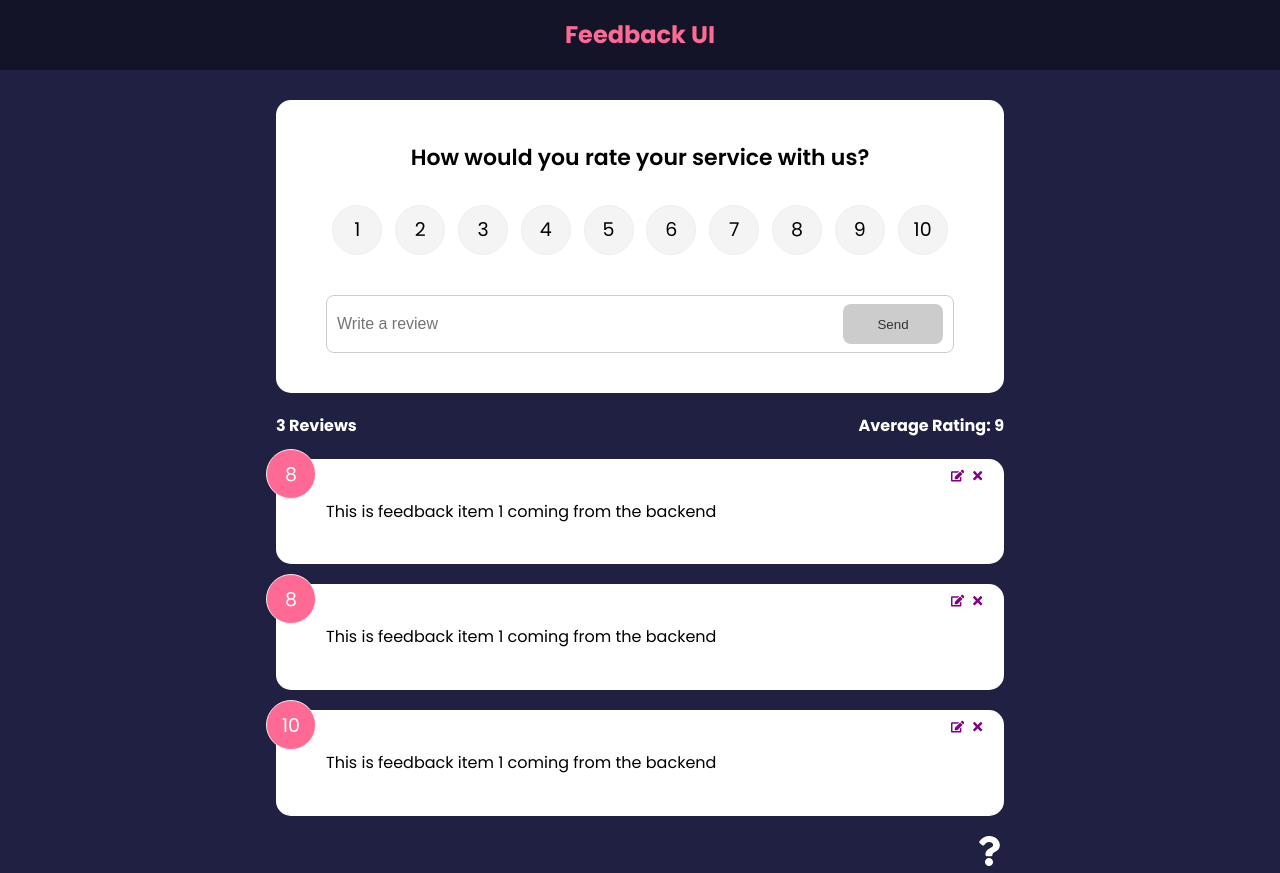
Repository: minhtien9/Feedback_App
Page: /
These files come from the project's save history. The page is drawn as it stood at one moment and after the next save; the edit follows.
The browser window is 1280 px wide. The pictures show the whole page.
The project was rebuilt for these pictures with package versions that can differ from the ones it lists, and the page was loaded fresh each time. Requests to the local data server were answered from the project's data file. Also part of the build but not shown: src/pages/AboutPage.jsx.

Above is the page before, as saved 2022-02-19 20:50:55.

After the next save:
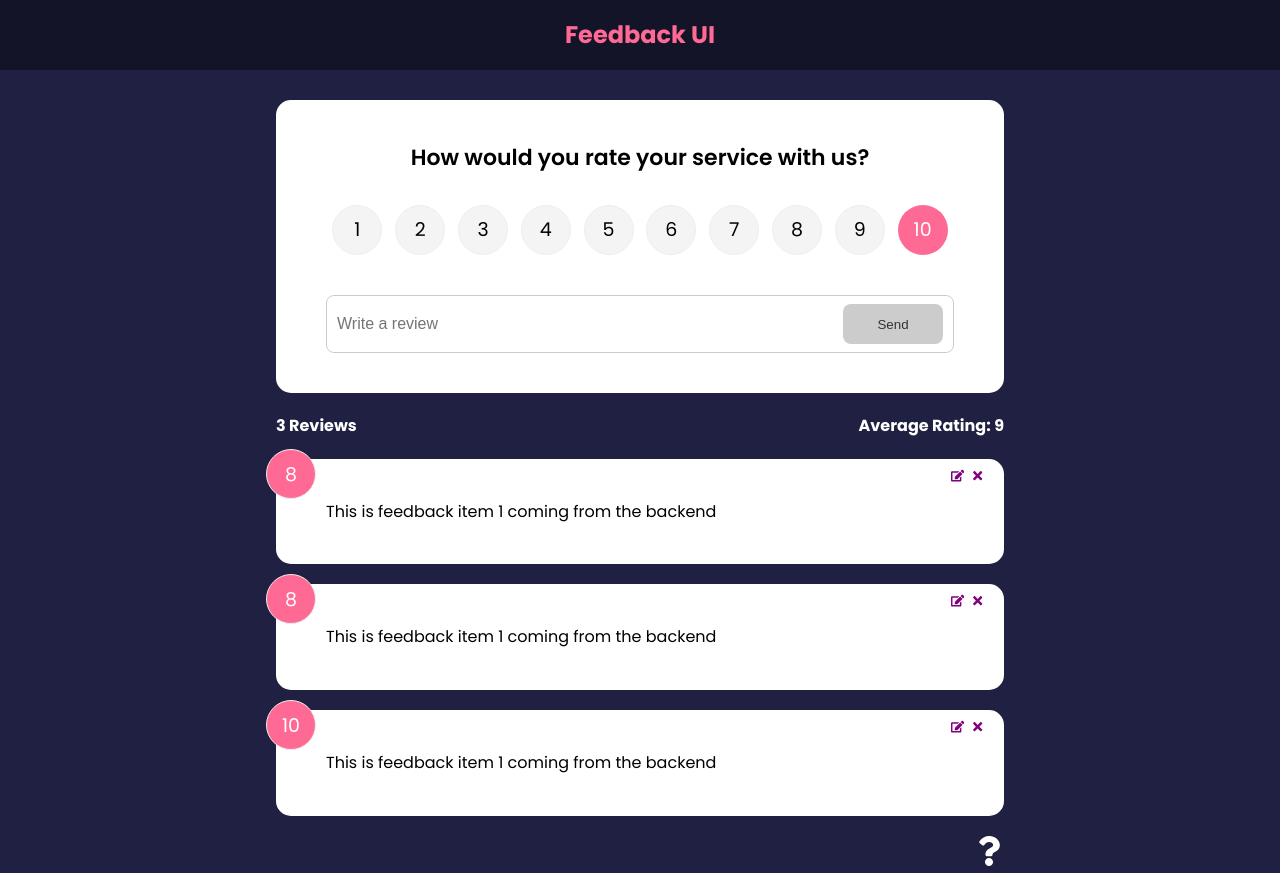
Saved 2 min 57 s later.
--- a/src/components/FeedbackForm.jsx
+++ b/src/components/FeedbackForm.jsx
@@ -6,9 +6,9 @@
 
 function FeedbackForm() {
     const [text, setText] = useState('')
+    const [rating, setRating] = useState(10)
     const [btnDisabled, setBtnDisabled] = useState(true)
     const [message, setMessage] = useState('')
-    const [rating, setRating] = useState('')
 
     const { addFeedback, feedbackEdit, updateFeedback } =
         useContext(FeedbackContext)
@@ -21,24 +21,32 @@
         }
     }, [feedbackEdit])
 
-    const handleTextChange = ({ target: { value } }) => {
-        if (value === '') {
-            setBtnDisabled(true)
-            setMessage(null)
-        } else if (value.trim().length < 10) {
-            setMessage('Text must be at least 10 characters')
-            setBtnDisabled(true)
-        } else {
-            setBtnDisabled(false)
-            setMessage(null)
-        }
-        setText(value)
+    // NOTE: This should be checking input value not state as state won't be the updated value until the next render of the component
+
+    // prettier-ignore
+    const handleTextChange = ({ target: { value } }) => { // 👈  get the value
+      if (value === '') {
+        setBtnDisabled(true)
+        setMessage(null)
+
+    // prettier-ignore
+      } else if (value.trim().length < 10) { // 👈 check for less than 10
+        setMessage('Text must be at least 10 characters')
+        setBtnDisabled(true)
+      } else {
+        setMessage(null)
+        setBtnDisabled(false)
+      }
+      setText(value)
     }
 
     const handleSubmit = (e) => {
         e.preventDefault()
         if (text.trim().length > 10) {
-            const newFeedback = { text, rating }
+            const newFeedback = {
+                text,
+                rating,
+            }
 
             if (feedbackEdit.edit === true) {
                 updateFeedback(feedbackEdit.item.id, newFeedback)
@@ -46,11 +54,14 @@
                 addFeedback(newFeedback)
             }
 
-            setBtnDisabled(true)
-            setRating(10)
+            // NOTE: reset to default state after submission
+            setBtnDisabled(true) // 👈  add this line to reset disabled
+            setRating(10) //👈 add this line to set rating back to 10
             setText('')
         }
     }
+
+    // NOTE: pass selected to RatingSelect so we don't need local duplicate state
     return (
         <Card>
             <form onSubmit={handleSubmit}>
@@ -67,6 +78,7 @@
                         Send
                     </Button>
                 </div>
+
                 {message && <div className='message'>{message}</div>}
             </form>
         </Card>

After the 3 saves that followed:
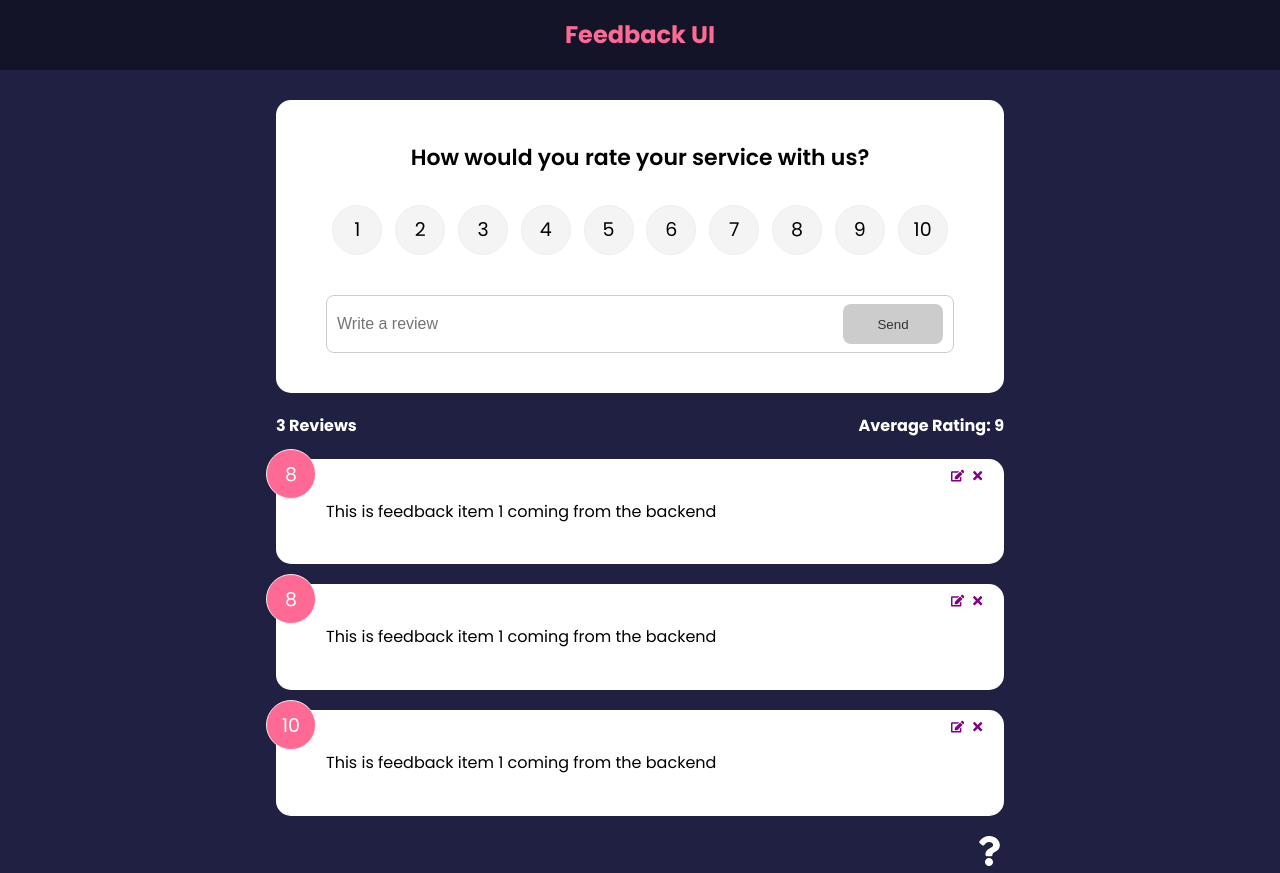
The 3 saves are shown as one change because 2 left the picture as it was.
The last was saved 68 s later.
--- a/src/components/FeedbackForm.jsx
+++ b/src/components/FeedbackForm.jsx
@@ -6,9 +6,9 @@
 
 function FeedbackForm() {
     const [text, setText] = useState('')
-    const [rating, setRating] = useState(10)
     const [btnDisabled, setBtnDisabled] = useState(true)
     const [message, setMessage] = useState('')
+    const [rating, setRating] = useState('')
 
     const { addFeedback, feedbackEdit, updateFeedback } =
         useContext(FeedbackContext)
@@ -21,32 +21,24 @@
         }
     }, [feedbackEdit])
 
-    // NOTE: This should be checking input value not state as state won't be the updated value until the next render of the component
-
-    // prettier-ignore
-    const handleTextChange = ({ target: { value } }) => { // 👈  get the value
-      if (value === '') {
-        setBtnDisabled(true)
-        setMessage(null)
-
-    // prettier-ignore
-      } else if (value.trim().length < 10) { // 👈 check for less than 10
-        setMessage('Text must be at least 10 characters')
-        setBtnDisabled(true)
-      } else {
-        setMessage(null)
-        setBtnDisabled(false)
-      }
-      setText(value)
+    const handleTextChange = ({ target: { value } }) => {
+        if (value === '') {
+            setBtnDisabled(true)
+            setMessage(null)
+        } else if (value.trim().length < 10) {
+            setMessage('Text must be at least 10 characters')
+            setBtnDisabled(true)
+        } else {
+            setBtnDisabled(false)
+            setMessage(null)
+        }
+        setText(value)
     }
 
     const handleSubmit = (e) => {
         e.preventDefault()
         if (text.trim().length > 10) {
-            const newFeedback = {
-                text,
-                rating,
-            }
+            const newFeedback = { text, rating }
 
             if (feedbackEdit.edit === true) {
                 updateFeedback(feedbackEdit.item.id, newFeedback)
@@ -54,14 +46,11 @@
                 addFeedback(newFeedback)
             }
 
-            // NOTE: reset to default state after submission
-            setBtnDisabled(true) // 👈  add this line to reset disabled
-            setRating(10) //👈 add this line to set rating back to 10
+            setBtnDisabled(true)
+            setRating(10)
             setText('')
         }
     }
-
-    // NOTE: pass selected to RatingSelect so we don't need local duplicate state
     return (
         <Card>
             <form onSubmit={handleSubmit}>
@@ -78,7 +67,6 @@
                         Send
                     </Button>
                 </div>
-
                 {message && <div className='message'>{message}</div>}
             </form>
         </Card>
